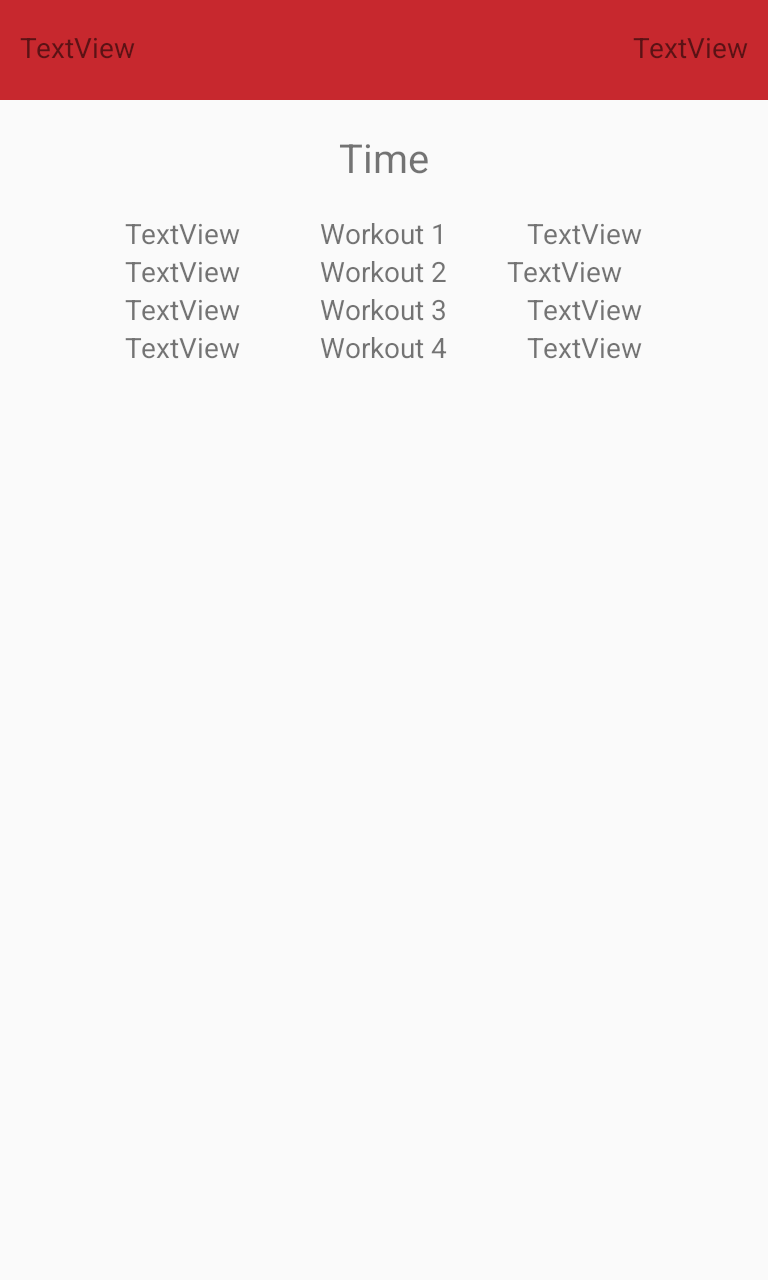
Repository: hackathon-2014/devdroid-repo
Layout: HealthyCompetition/res/layout/battlefield_layout.xml
The author's editor kept a copy of each file at every save. The layout is drawn from the files as they stood at one save, then again after the next save.
It is drawn on a 768 x 1280 px phone screen (xhdpi) without system bars, with theme AppTheme; the app's code is not run.

Above is the layout before, as saved 2014-08-23 19:00:43.

### HealthyCompetition/res/layout/battlefield_layout.xml
<?xml version="1.0" encoding="utf-8"?>
<LinearLayout xmlns:android="http://schemas.android.com/apk/res/android"
    android:layout_width="match_parent"
    android:layout_height="match_parent"
    android:orientation="vertical" >

    <RelativeLayout
        android:id="@+id/relative_layout_versus"
        android:layout_width="match_parent"
        android:layout_height="wrap_content" >

        <ImageView
            android:id="@+id/versus_image"
            android:layout_width="match_parent"
            android:layout_height="50dp"
            android:background="@color/light_red" />

        <TextView
            android:id="@+id/time_view"
            android:layout_width="wrap_content"
            android:layout_height="wrap_content"
            android:layout_below="@+id/versus_image"
            android:layout_centerHorizontal="true"
            android:layout_marginTop="15dp"
            android:text="Time"
            android:textSize="20dp" />

        <TextView
            android:id="@+id/player_one_name"
            android:layout_width="wrap_content"
            android:layout_height="wrap_content"
            android:layout_alignParentLeft="true"
            android:layout_alignParentTop="true"
            android:layout_marginLeft="10dp"
            android:layout_marginTop="14dp"
            android:text="TextView" />

        <TextView
            android:id="@+id/player_two_name"
            android:layout_width="wrap_content"
            android:layout_height="wrap_content"
            android:layout_alignBaseline="@+id/player_one_name"
            android:layout_alignBottom="@+id/player_one_name"
            android:layout_alignParentRight="true"
            android:layout_alignParentTop="true"
            android:layout_marginRight="10dp"
            android:text="TextView" />
    </RelativeLayout>

    <RelativeLayout
        android:id="@+id/workout_layout_one"
        android:layout_width="match_parent"
        android:layout_height="wrap_content"
        android:layout_marginTop="15dp"
        android:orientation="vertical" >

        <TextView
            android:id="@+id/workout_one"
            android:layout_width="wrap_content"
            android:layout_height="wrap_content"
            android:layout_centerHorizontal="true"
            android:text="Workout 1" />

        <TextView
            android:id="@+id/textView1"
            android:layout_width="wrap_content"
            android:layout_height="wrap_content"
            android:layout_alignParentTop="true"
            android:layout_marginRight="40dp"
            android:layout_toLeftOf="@+id/workout_one"
            android:text="TextView" />

        <TextView
            android:id="@+id/textView2"
            android:layout_width="wrap_content"
            android:layout_height="wrap_content"
            android:layout_alignParentTop="true"
            android:layout_marginLeft="40dp"
            android:layout_toRightOf="@+id/workout_one"
            android:text="TextView" />
    </RelativeLayout>

    <RelativeLayout
        android:id="@+id/workout_layout_two"
        android:layout_width="match_parent"
        android:layout_height="wrap_content"
        android:orientation="vertical" >

        <TextView
            android:id="@+id/workout_two"
            android:layout_width="wrap_content"
            android:layout_height="wrap_content"
            android:layout_centerHorizontal="true"
            android:text="Workout 2" />

        <TextView
            android:id="@+id/textView3"
            android:layout_width="wrap_content"
            android:layout_height="wrap_content"
            android:layout_alignParentTop="true"
            android:layout_marginRight="40dp"
            android:layout_toLeftOf="@+id/workout_two"
            android:text="TextView" />

        <TextView
            android:id="@+id/textView4"
            android:layout_width="wrap_content"
            android:layout_height="wrap_content"
            android:layout_alignParentTop="true"
            android:layout_marginLeft="30dp"
            android:layout_toRightOf="@+id/workout_two"
            android:text="TextView" />
    </RelativeLayout>

    <RelativeLayout
        android:id="@+id/workout_layout_three"
        android:layout_width="match_parent"
        android:layout_height="wrap_content"
        android:orientation="vertical" >

        <TextView
            android:id="@+id/workout_three"
            android:layout_width="wrap_content"
            android:layout_height="wrap_content"
            android:layout_centerHorizontal="true"
            android:text="Workout 3" />

        <TextView
            android:id="@+id/textView5"
            android:layout_width="wrap_content"
            android:layout_height="wrap_content"
            android:layout_alignParentTop="true"
            android:layout_marginRight="40dp"
            android:layout_toLeftOf="@+id/workout_three"
            android:text="TextView" />

        <TextView
            android:id="@+id/textView6"
            android:layout_width="wrap_content"
            android:layout_height="wrap_content"
            android:layout_alignParentTop="true"
            android:layout_marginLeft="40dp"
            android:layout_toRightOf="@+id/workout_three"
            android:text="TextView" />
    </RelativeLayout>

    <RelativeLayout
        android:id="@+id/workout_layout_four"
        android:layout_width="match_parent"
        android:layout_height="wrap_content"
        android:orientation="vertical" >

        <TextView
            android:id="@+id/workout_four"
            android:layout_width="wrap_content"
            android:layout_height="wrap_content"
            android:layout_centerHorizontal="true"
            android:text="Workout 4" />

        <TextView
            android:id="@+id/textView7"
            android:layout_width="wrap_content"
            android:layout_height="wrap_content"
            android:layout_alignParentTop="true"
            android:layout_marginRight="40dp"
            android:layout_toLeftOf="@+id/workout_four"
            android:text="TextView" />

        <TextView
            android:id="@+id/textView8"
            android:layout_width="wrap_content"
            android:layout_height="wrap_content"
            android:layout_alignParentTop="true"
            android:layout_marginLeft="40dp"
            android:layout_toRightOf="@+id/workout_four"
            android:text="TextView" />
    </RelativeLayout>

</LinearLayout>

### HealthyCompetition/res/values/color.xml
<?xml version="1.0" encoding="utf-8"?>
<resources>
    <color name= "light_red">#C7282E</color>
</resources>

Loaded but not shown: HealthyCompetition/res/values/styles.xml (common file); HealthyCompetition/res/values-v11/styles.xml (common file); HealthyCompetition/res/values-v14/styles.xml (common file)

After the next save:
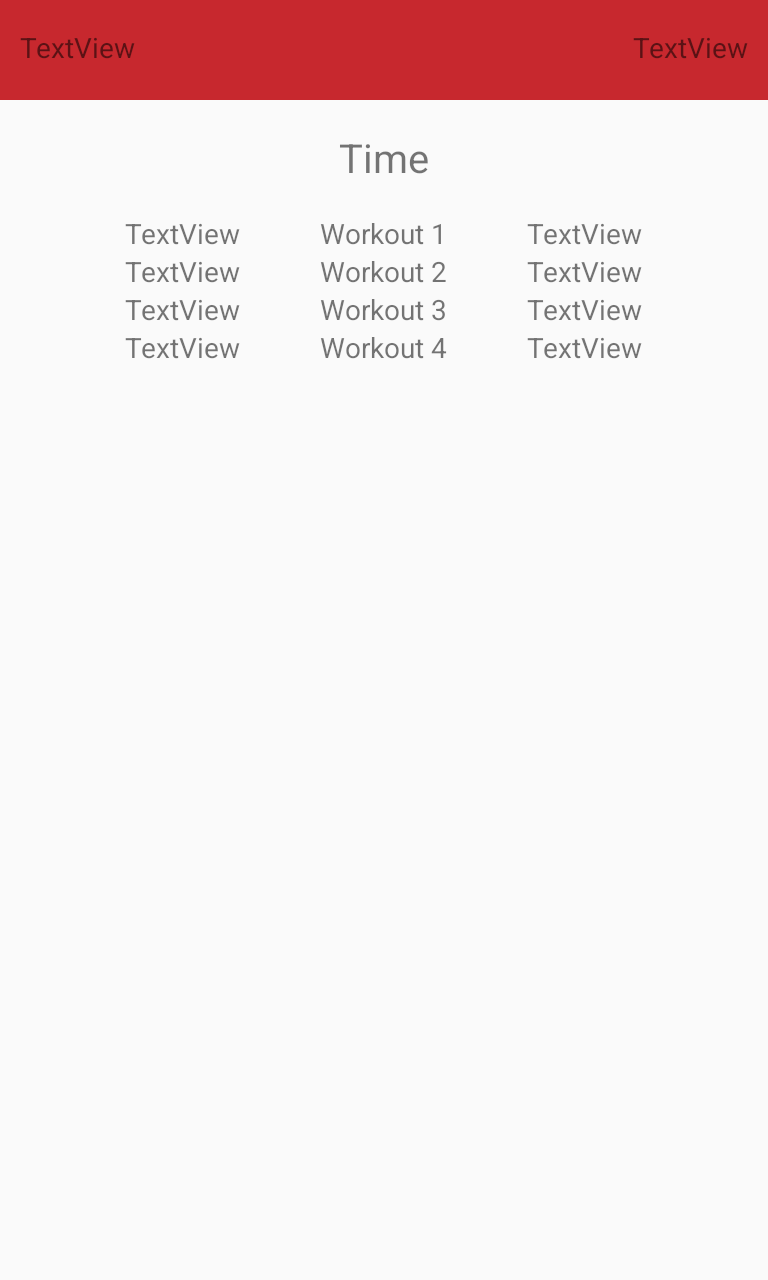
Saved 5 s later.
--- a/HealthyCompetition/res/layout/battlefield_layout.xml
+++ b/HealthyCompetition/res/layout/battlefield_layout.xml
@@ -107,7 +107,7 @@
             android:layout_width="wrap_content"
             android:layout_height="wrap_content"
             android:layout_alignParentTop="true"
-            android:layout_marginLeft="30dp"
+            android:layout_marginLeft="40dp"
             android:layout_toRightOf="@+id/workout_two"
             android:text="TextView" />
     </RelativeLayout>
